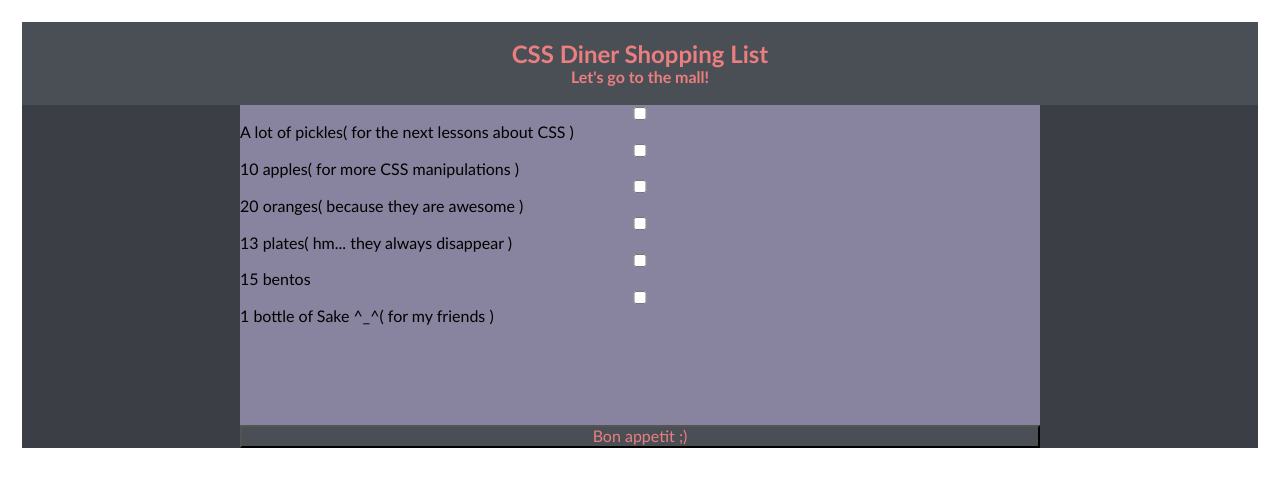
Repository: shpakovskaya/github.io
Page: selector css/shopping list/index.html
These files come from the project's save history. The page is drawn as it stood at one moment and after the next save; the edit follows.
The browser window is 1280 px wide. The pictures show the whole page.

Above is the page before, as saved 2021-11-05 20:22:36.

### selector css/shopping list/index.html
<!DOCTYPE html>
<html lang="en">
  <head>
    <meta charset="UTF-8" />
    <meta http-equiv="X-UA-Compatible" content="IE=edge" />
    <meta name="viewport" content="width=device-width, initial-scale=1.0" />
    <title>Shopping list</title>
    <link rel="shortcut icon" href="./favicon.ico" type="image/x-icon" />
    <link
      rel="stylesheet"
      href="https://cdnjs.cloudflare.com/ajax/libs/normalize/8.0.1/normalize.min.css"
      integrity="sha512-NhSC1YmyruXifcj/KFRWoC561YpHpc5Jtzgvbuzx5VozKpWvQ+4nXhPdFgmx8xqexRcpAglTj9sIBWINXa8x5w=="
      crossorigin="anonymous"
      referrerpolicy="no-referrer"
    />
    <link rel="stylesheet" href="./style.css" />
  </head>
  <body>
    <div class="container">
      <header class="header">
        <header class="header__wrapper">
          <br />
          <h2>CSS Diner Shopping List</h2>
          <h4>Let's go to the mall!</h4>
          <br />
        </header>
      </header>
      <div class="list">
        <form class="list__wrapper">
          <div>
            <input type="checkbox" id="pickles" name="pickles" />
            <label for="pickles">
              <span class="e-pickles">A lot of pickles</span></label
            >
          </div>
          <div>
            <input type="checkbox" id="apples" name="apples" />
            <label for="apples">
              <span class="e-apples">10 apples</span>
            </label>
          </div>
          <div>
            <input type="checkbox" id="oranges" name="oranges" />
            <label for="oranges"
              ><span class="e-oranges">20 oranges</span>
            </label>
          </div>
          <div>
            <input type="checkbox" id="plates" name="plates" />
            <label for="plates"><span class="e-plates">13 plates</span></label>
          </div>
          <div>
            <input type="checkbox" id="bentos" name="bentos" />
            <label for="bentos"><span class="e-bentos">15 bentos</span></label>
          </div>
          <div>
            <input type="checkbox" id="bottle" name="bottle" />
            <label for="bottle"
              ><span class="e-bottle">1 bottle of Sake ^_^</span></label
            >
          </div>
          <div class="submit">
            <input type="submit" class="bon__wrapper" value="Bon appetit ;)" />
          </div>
        </form>
      </div>
    </div>
  </body>
</html>

### selector css/shopping list/style.css
* {
  margin: 0;
  padding: 0;
  box-sizing: border-box;
  width: 100%;
  transition: all 0.1s ease-in;
}

.container {
  width: 100%;
  max-width: 1920px;
  height: 100%;
  box-sizing: border-box;
  background: #3b3f45;
  border: #ffff solid 22px;
  font-family: "Trebuchet MS", Arial, sans-serif;
}
.header__wrapper {
  width: 100%;
  height: 20%;
  color: #eb7e7f;
  background: #4a4f56;
  text-align: center;
}

.list {
  display: flex;
  justify-content: center;
}

.list__wrapper {
  box-sizing: border-box;
  width: 800px;
  background-color: #88839e;
}

.list__wrapper label {
  white-space: nowrap;
}

.e-pickles::after {
  content: "( for the next lessons about CSS )";
  font-size: 16px;
}

.e-apples::after {
  content: "( for more CSS manipulations )";
  font-size: 16px;
}

.e-oranges::after {
  content: "( because they are awesome )";
  font-size: 16px;
}

.e-plates::after {
  content: "( hm... they always disappear )";
  font-size: 16px;
}

.e-bottle::after {
  content: "( for my friends )";
  font-size: 16px;
}

.e-pickles::before {
  content: normal;
}

.submit {
  display: flex;
  justify-content: center;
  margin-top: 10%;
}

.bon__wrapper {
  width: 800px;
  box-sizing: border-box;
  background: #4a4f56;
  color: #eb7e7f;
  margin-top: 20px;
}

After the next save:
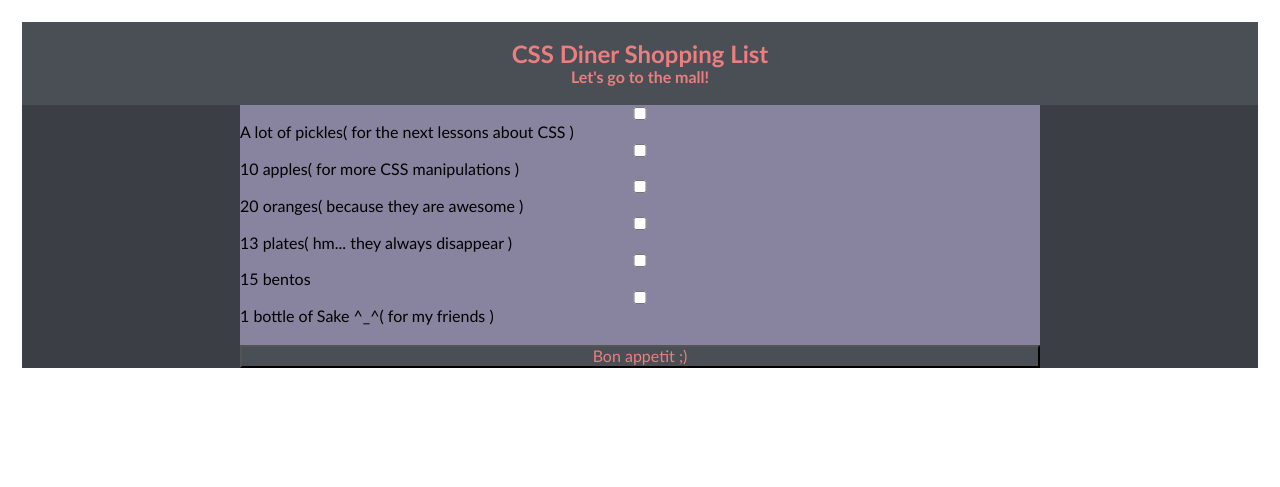
Saved 16 min 42 s later.
--- a/selector css/shopping list/style.css
+++ b/selector css/shopping list/style.css
@@ -70,7 +70,6 @@
 .submit {
   display: flex;
   justify-content: center;
-  margin-top: 10%;
 }
 
 .bon__wrapper {

After the 4 saves that followed:
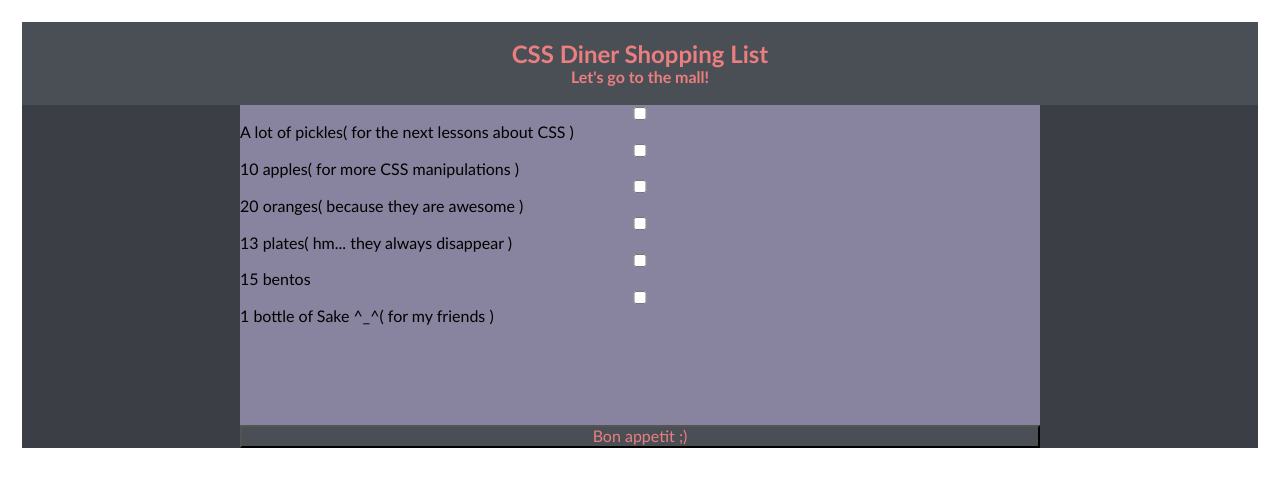
The 4 saves are shown as one change because 3 left the picture as it was.
The last was saved 4 min 40 s later.
--- a/selector css/shopping list/index.html
+++ b/selector css/shopping list/index.html
@@ -27,37 +27,43 @@
       </header>
       <div class="list">
         <form class="list__wrapper">
-          <div>
-            <input type="checkbox" id="pickles" name="pickles" />
-            <label for="pickles">
-              <span class="e-pickles">A lot of pickles</span></label
-            >
-          </div>
-          <div>
-            <input type="checkbox" id="apples" name="apples" />
-            <label for="apples">
-              <span class="e-apples">10 apples</span>
-            </label>
-          </div>
-          <div>
-            <input type="checkbox" id="oranges" name="oranges" />
-            <label for="oranges"
-              ><span class="e-oranges">20 oranges</span>
-            </label>
-          </div>
-          <div>
-            <input type="checkbox" id="plates" name="plates" />
-            <label for="plates"><span class="e-plates">13 plates</span></label>
-          </div>
-          <div>
-            <input type="checkbox" id="bentos" name="bentos" />
-            <label for="bentos"><span class="e-bentos">15 bentos</span></label>
-          </div>
-          <div>
-            <input type="checkbox" id="bottle" name="bottle" />
-            <label for="bottle"
-              ><span class="e-bottle">1 bottle of Sake ^_^</span></label
-            >
+          <div class="c-list__wrapper">
+            <div>
+              <input type="checkbox" id="pickles" name="pickles" />
+              <label for="pickles">
+                <span class="e-pickles">A lot of pickles</span></label
+              >
+            </div>
+            <div>
+              <input type="checkbox" id="apples" name="apples" />
+              <label for="apples">
+                <span class="e-apples">10 apples</span>
+              </label>
+            </div>
+            <div>
+              <input type="checkbox" id="oranges" name="oranges" />
+              <label for="oranges"
+                ><span class="e-oranges">20 oranges</span>
+              </label>
+            </div>
+            <div>
+              <input type="checkbox" id="plates" name="plates" />
+              <label for="plates"
+                ><span class="e-plates">13 plates</span></label
+              >
+            </div>
+            <div>
+              <input type="checkbox" id="bentos" name="bentos" />
+              <label for="bentos"
+                ><span class="e-bentos">15 bentos</span></label
+              >
+            </div>
+            <div>
+              <input type="checkbox" id="bottle" name="bottle" />
+              <label for="bottle"
+                ><span class="e-bottle">1 bottle of Sake ^_^</span></label
+              >
+            </div>
           </div>
           <div class="submit">
             <input type="submit" class="bon__wrapper" value="Bon appetit ;)" />
--- a/selector css/shopping list/style.css
+++ b/selector css/shopping list/style.css
@@ -34,8 +34,12 @@
   background-color: #88839e;
 }
 
-.list__wrapper label {
+/* .list__wrapper label {
   white-space: nowrap;
+} */
+
+.c-list__wrapper {
+  margin-bottom: 10%;
 }
 
 .e-pickles::after {
